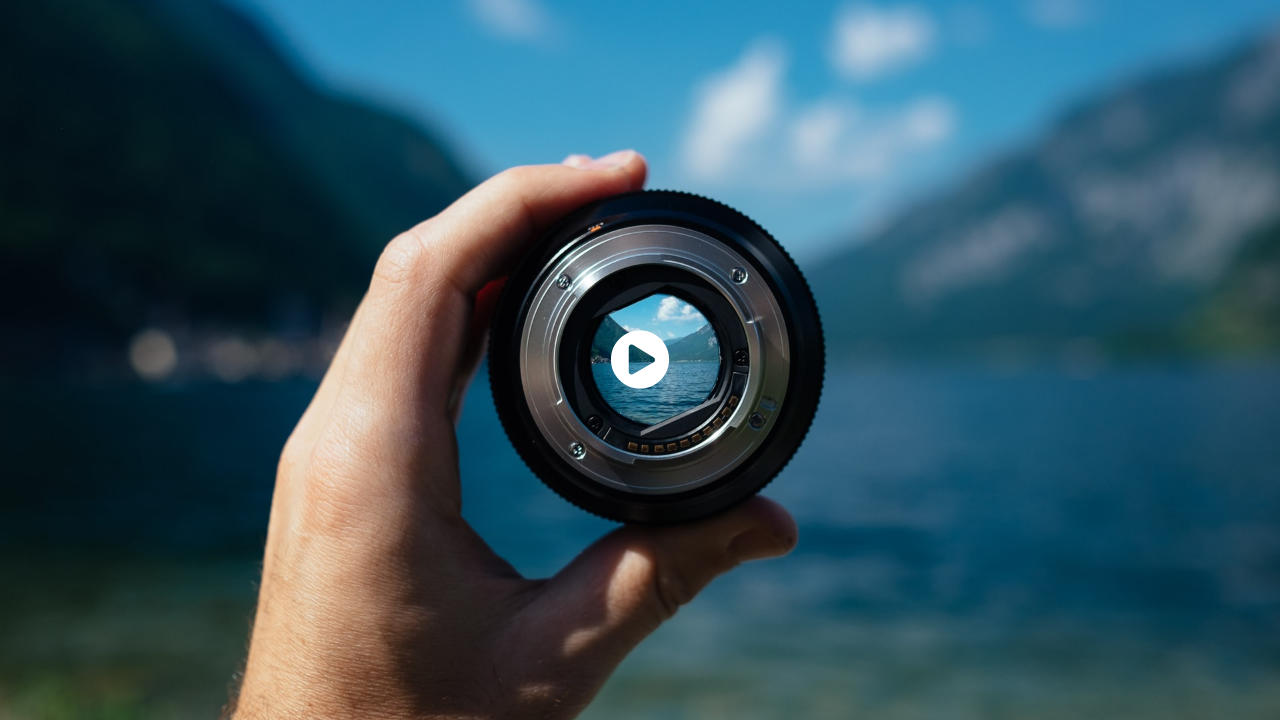
Repository: DogukanSAVA/PopUp
Page: index.html
These files come from the project's save history. The page is drawn as it stood at one moment and after the next save; the edit follows.
The browser window is 1280 px wide. The pictures show the whole page.
Some web libraries are served in a nearby version.

Above is the page before, as saved 2021-09-22 11:44:37.

### index.html
<!DOCTYPE html>
<html lang="en">

<head>
    <meta charset="UTF-8">
    <meta name="viewport" content="width=device-width, initial-scale=1.0">
    <title>Popup Video</title>
    <link rel="stylesheet" href="https://cdnjs.cloudflare.com/ajax/libs/font-awesome/5.14.0/css/all.min.css">
    <link rel="stylesheet" href="app.css">

</head>

<body id="top">


    <a href="#popup">
        <i class="fas fa-play-circle"></i>
    </a>

    <div id="popup">
        <div class="popup">
            <video class="popup-video" controls loop>
                <source src="10secondvideo.mp4">
            </video>

        </div>
        <div class="popup-close">
            <a href="#top"><i class="fas fa-times-circle"></i></a>
        </div>
    </div>

</body>

</html>

### app.css
*,
*:before,
*::after {
  margin: 0;
  padding: 0;
  box-sizing: border-box;
  border: 0;
}

a {
  text-decoration: none;
}

body {
  width: 100%;
  height: 100vh;
  display: flex;
  align-items: center;
  justify-content: center;
  background: url("paul-skorupskas-7KLa-xLbSXA-unsplash.jpg") no-repeat;
  background-size: cover;
  background-position: center center;

}

#popup {
  background-color: #000;
  position: fixed;
  left: 0;
  top: 0;
  z-index: 1000;
  width: 100%;
  height: 100%;
  display: flex;
  align-items: center;
  justify-content: center;
  opacity: 0;
  visibility: hidden;
  transition: 300ms all;
  -webkit-transition: 300ms all;
  -moz-transition: 300ms all;
  -ms-transition: 300ms all;
  -o-transition: 300ms all;
}
#popup:target {
  opacity: 1;
  visibility: visible;
}
.popup {
  width: 75%;
  height: 600px;
  overflow: hidden;
  transform: scale(0.6);
  -webkit-transform: scale(0.6);
  -moz-transform: scale(0.6);
  -ms-transform: scale(0.6);
  -o-transform: scale(0.6);

  transition: 300ms all;
  -webkit-transition: 300ms all;
  -moz-transition: 300ms all;
  -ms-transition: 300ms all;
  -o-transition: 300ms all;

  position: relative;
}
.popup-video {
  width: 100%;
  height: 100%;
  object-fit: cover;
}
#popup:target .popup {
  transform: scale(1);
  -webkit-transform: scale(1);
  -moz-transform: scale(1);
  -ms-transform: scale(1);
  -o-transform: scale(1);
}
a i {
  font-size: 60px;
  color: #fff;
}

.popup-close {
  position: absolute;
  left: 50%;
  top: 10%;
  transform: translate(-50%, 0%);
  -webkit-transform: translate(-50%, 0%);
  -moz-transform: translate(-50%, 0%);
  -ms-transform: translate(-50%, 0%);
  -o-transform: translate(-50%, 0%);
}
.popup-close i {
  color: red;
  font-size: 24px;
}

After the next save:
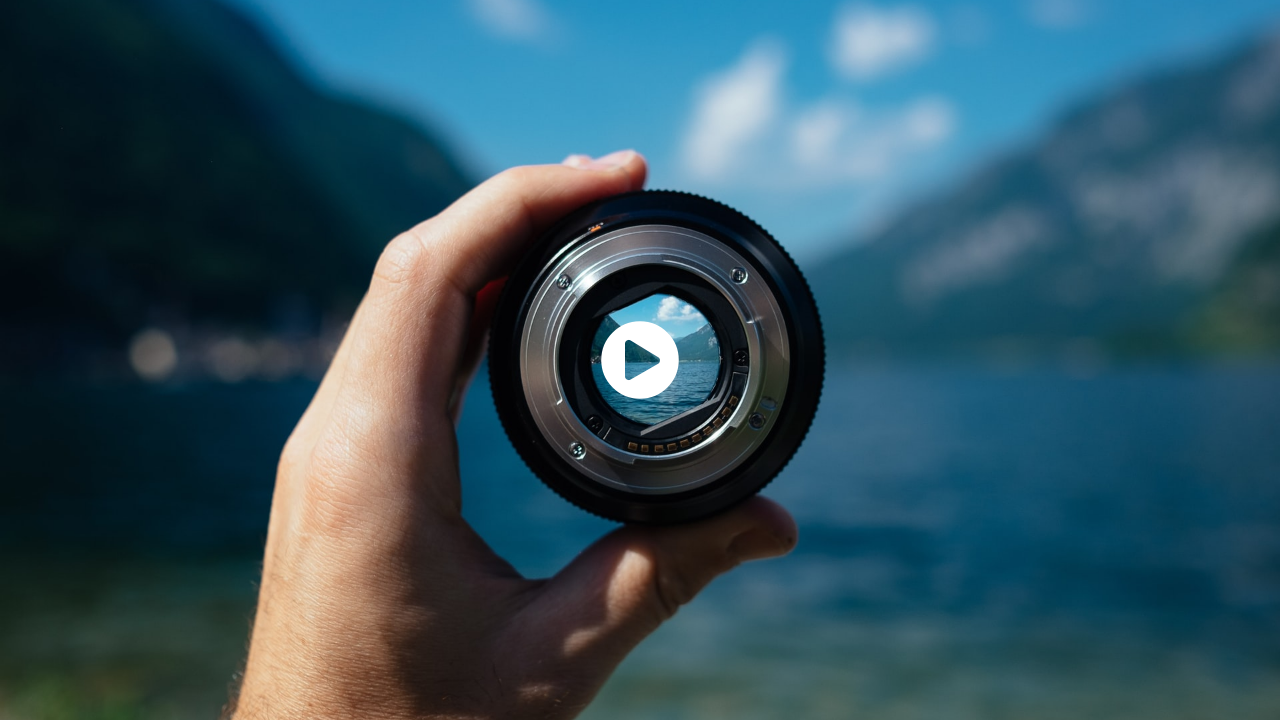
Saved 16 s later.
--- a/app.css
+++ b/app.css
@@ -77,7 +77,7 @@ body {
   -o-transform: scale(1);
 }
 a i {
-  font-size: 60px;
+  font-size: 80px;
   color: #fff;
 }
 
